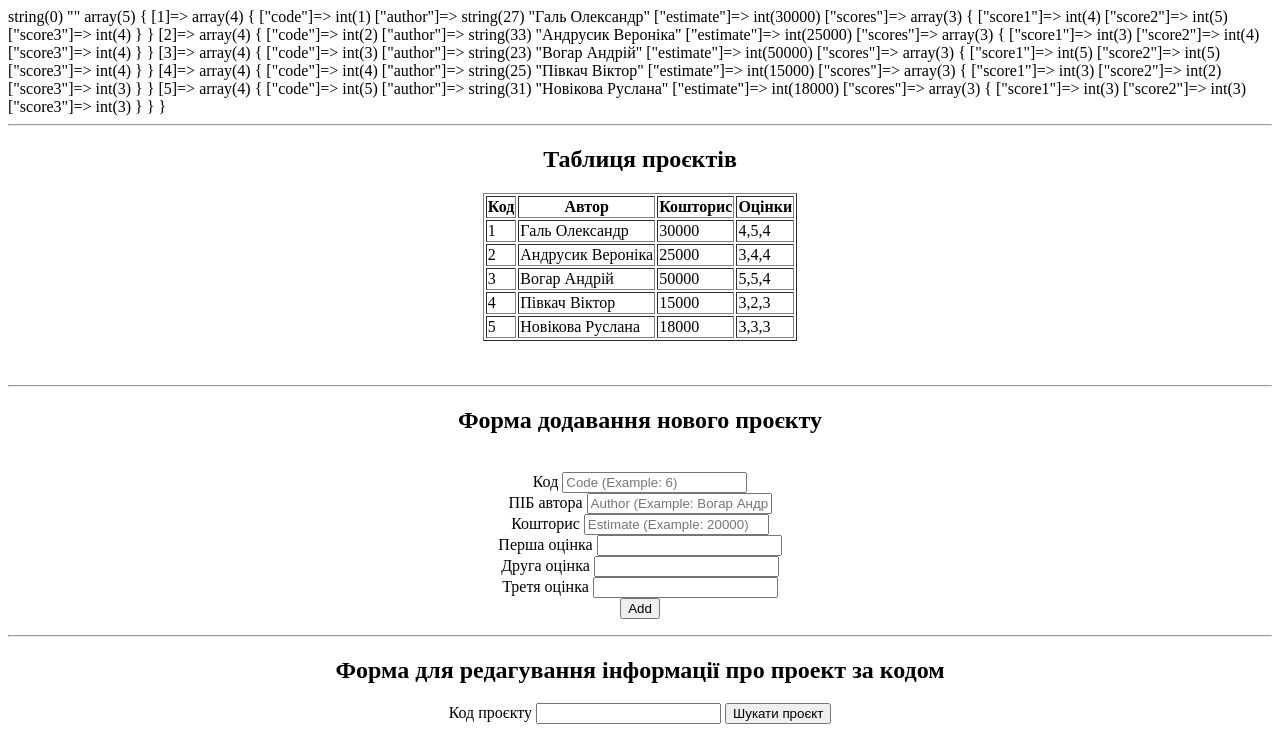
Repository: AndriyVohar/PHP-learn
Page: http://localhost/
The author's editor kept a copy of each file at every save. The page is drawn from the files as they stood at one save, then again after the next save.
The browser window is 1280 px wide. The pictures show the whole page.
The page is run by PHP 8.4 with error messages shown; the project is at /var/www/html/.

Above is the page before, as saved 2023-10-04 20:12:05.

After the next save:
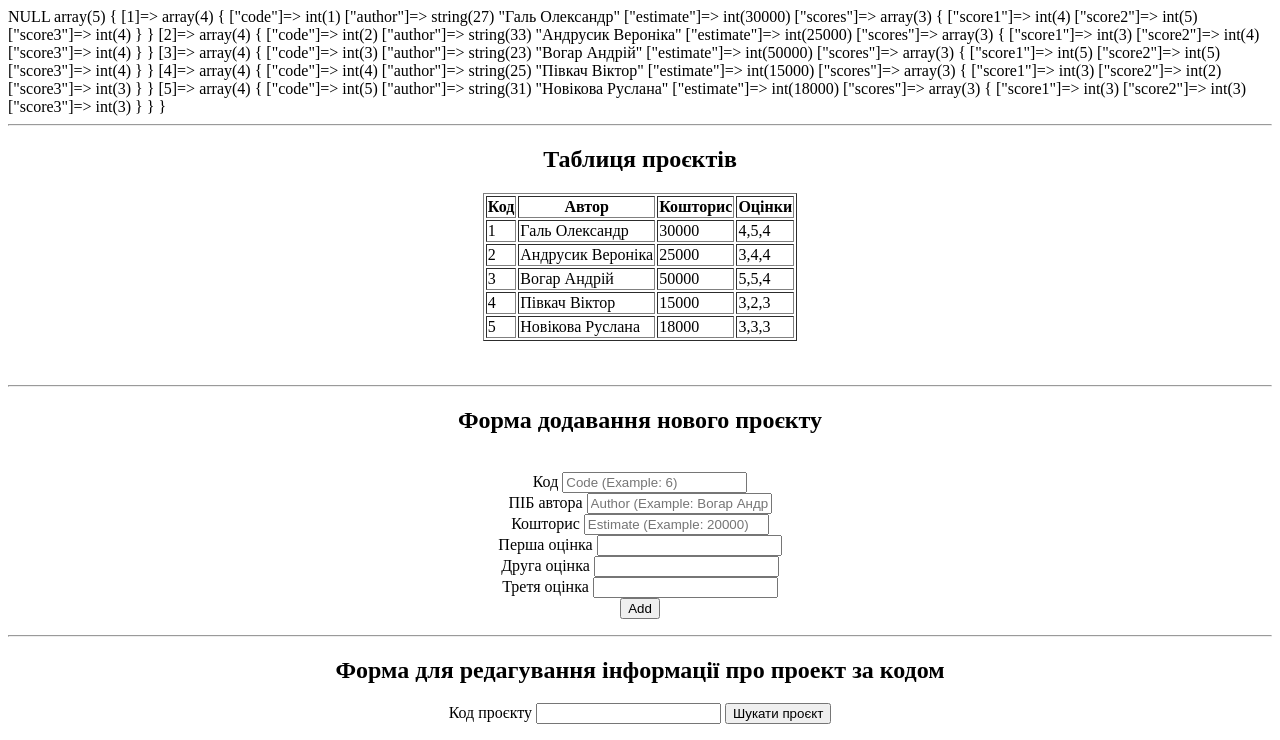
Saved 19 s later.
--- a/Lab-2/index.php
+++ b/Lab-2/index.php
@@ -1,7 +1,7 @@
 <?php
 $projectsJSON = file_get_contents('projects-data.json');
 $pr = json_decode($projectsJSON);
-var_dump($projectsJSON);
+var_dump($pr);
 $projects = [
     1=>[
         'code'=>1,
